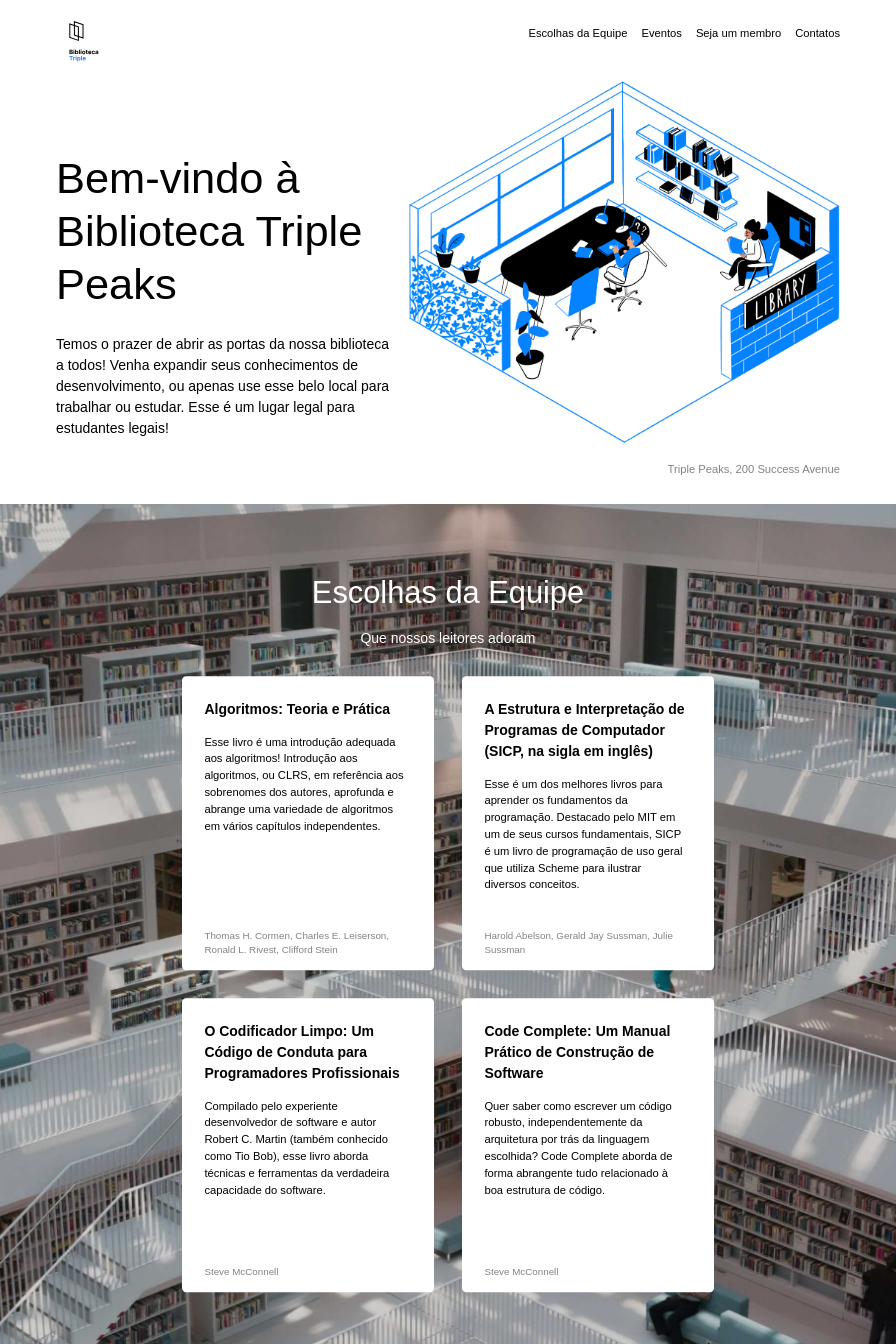
Repository: thainagomesc/web_project_library_pt
Page: index.html
An editor plug-in stored every save of this project. The page is shown before and after the next save, followed by the edit.
The browser window is 1280 px wide. The pictures show the part of the page from y = 0 to 1920 px (the page is 1986 px tall before and 2786 px after), at 70% of full size.

Above is the page before, as saved 2025-12-27 22:07:15.

### index.html
<!DOCTYPE html>
<html lang="pt">
  <head>
    <meta charset="UTF-8" />
    <meta name="viewport" content="width=device-width, initial-scale=1.0" />
    <title>Biblioteca Triple Peaks</title>
    <link rel="shortcut icon" href="favicon.ico" />
    <link rel="stylesheet" href="./vendor/normalize.css" />
    <link rel="stylesheet" href="./styles/style.css" />
  </head>

  <body>
    <div class="page">
      <header class="header">
        <nav class="nav">
          <img
            src="./images/logo.svg"
            alt="Logotipo da Biblioteca Triple Peaks"
            class="nav__logo"
          />

          <ul class="nav__links">
            <li><a class="nav__link" href="#staff">Escolhas da Equipe</a></li>
            <li><a class="nav__link" href="#">Eventos</a></li>
            <li><a class="nav__link" href="#">Seja um membro</a></li>
            <li><a class="nav__link" href="#">Contatos</a></li>
          </ul>
        </nav>

        <div class="header__content">
          <div>
            <h1 class="header__title">Bem-vindo à Biblioteca Triple Peaks</h1>
            <p class="header__description">
              Temos o prazer de abrir as portas da nossa biblioteca a todos! Venha expandir
              seus conhecimentos de desenvolvimento, ou apenas use esse belo local para trabalhar ou
              estudar. Esse é um lugar legal para estudantes legais!
            </p>
          </div>
          <img
            src="./images/inside_the_library.png"
            alt="Ilustração 'Dentro da biblioteca'"
            class="header__image"
          />
        </div>

        <div class="header__footer">
          <p class="header__address">Triple Peaks, 200 Success Avenue</p>
        </div>
      </header>

      <main class="content">
        <section class="staff" id="staff">
          <h2 class="staff__title">Escolhas da Equipe</h2>
          <p class="staff__subtitle">Que nossos leitores adoram</p>

          <div class="staff__cards">
            <ul class="staff__cards-list">
              <li class="card">
                <div class="card__content">
                  <h3 class="card__title">Algoritmos: Teoria e Prática</h3>
                  <p class="card__text">
                    Esse livro é uma introdução adequada aos algoritmos! Introdução aos algoritmos,
                    ou CLRS, em referência aos sobrenomes dos autores, aprofunda e abrange uma
                    variedade de algoritmos em vários capítulos independentes.
                  </p>
                  <p class="card__footer">
                    Thomas H. Cormen, Charles E. Leiserson, Ronald L. Rivest,
                    Clifford Stein
                  </p>
                </div>
              </li>

              <li class="card">
                <div class="card__content">
                  <h3 class="card__title">
                    A Estrutura e Interpretação de Programas de Computador (SICP, na sigla em inglês)
                  </h3>
                  <p class="card__text">
                    Esse é um dos melhores livros para aprender os fundamentos da programação.
                    Destacado pelo MIT em um de seus cursos fundamentais, SICP é um livro de
                    programação de uso geral que utiliza Scheme para ilustrar diversos conceitos.
                  </p>
                  <p class="card__footer">
                    Harold Abelson, Gerald Jay Sussman, Julie Sussman
                  </p>
                </div>
              </li>

              <li class="card">
                <div class="card__content">
                  <h3 class="card__title">
                    O Codificador Limpo: Um Código de Conduta para Programadores Profissionais
                  </h3>
                  <p class="card__text">
                    Compilado pelo experiente desenvolvedor de software e autor Robert C. Martin
                    (também conhecido como Tio Bob), esse livro aborda técnicas e ferramentas da
                    verdadeira capacidade do software.
                  </p>
                  <p class="card__footer">Steve McConnell</p>
                </div>
              </li>

              <li class="card">
                <div class="card__content">
                  <h3 class="card__title">
                    Code Complete: Um Manual Prático de Construção de Software
                  </h3>
                  <p class="card__text">
                    Quer saber como escrever um código robusto, independentemente da arquitetura
                    por trás da linguagem escolhida? Code Complete aborda de forma abrangente tudo
                    relacionado à boa estrutura de código.
                  </p>
                  <p class="card__footer">Steve McConnell</p>
                </div>
              </li>

            </ul>
          </div>
        </section>
      </main>
    </div>
  </body>
</html>

### styles/style.css
.page {
  min-width: 1100px;
  max-width: 1600px;
  margin: 0 auto;
  font-family: Arial, sans-serif;
  font-size: 16px;
  line-height: 20px;
}

.header {
  display: flex;
  flex-direction: column;
  height: 100vh;
  min-height: 720px;
  max-height: 800px;
  padding: 30px 80px 40px;
  position: relative;
  box-sizing: border-box;
}

.nav {
  display: flex;
  justify-content: space-between;
}

.nav__logo {
  width: 80px;
  height: 58px;
}

.nav__links {
  list-style-type: none;
  padding: 0;
  margin: 8px 0 0;
  display: flex;
  column-gap: 20px;
}

.nav__link {
  color: #000000;
  text-decoration: none;
}

.header__content {
  display: flex;
  justify-content: space-between;
}

.header__title {
  max-width: 635px;
  margin: 128px 0 32px;
  font-size: 62px;
  line-height: 76px;
  font-weight: 500;
}

.header__description {
  max-width: 515px;
  margin-top: 0;
  margin-bottom: 0;
  font-size: 20px;
  line-height: 30px;
}

.header__image {
  max-width: 636px;
}

.header__footer {
  margin-top: auto;
  width: 100%;
  display: flex;
  align-items: center;
  justify-content: flex-end;
  box-sizing: border-box;
}

.header__link {
  color: #2f80ed;
  text-decoration: none;
}

.header__address {
  margin: 0;
  color: #838383;
}

.staff {
  background-image: url("../images/staff_picks_background.jpg");
  background-position: center;
  background-size: cover;
  padding: 100px 0 140px;
}

.staff__title {
  text-align: center;
  font-size: 44px;
  line-height: 52px;
  font-weight: 400;
  margin: 0 0 24px;
  color: #ffffff;
}

.staff__subtitle {
  text-align: center;
  font-size: 20px;
  line-height: 30px;
  font-weight: 400;
  margin: 0;
  color: #ffffff;
}

.staff__cards {
  max-width: 760px;
  margin: 40px auto 0;
}

.staff__cards-list {
  padding: 0;
  margin: 0;
  list-style-type: none;
  display: flex;
  flex-wrap: wrap;
  justify-content: center;
  gap: 40px;
}

.card {
  background-color: #fff;
  border-radius: 6px;
  padding: 32px 40px 20px 32px;
  box-sizing: border-box;
  height: 420px;
  width: 360px;
  list-style-type: none;
}

.card__content {
  width: 100%;
  height: 100%;
  display: flex;
  flex-direction: column;
}

.card__title {
  font-size: 20px;
  line-height: 30px;
  font-weight: 700;
  margin: 0;
}

.card__text {
  margin: 20px 0 0;
  font-size: 16px;
  line-height: 24px;
}

.card__footer {
  margin: 0;
  font-size: 14px;
  line-height: 20px;
  color: #838383;
  margin-top: auto;
}

Loaded but not shown: vendor/normalize.css (library)

After the next save:
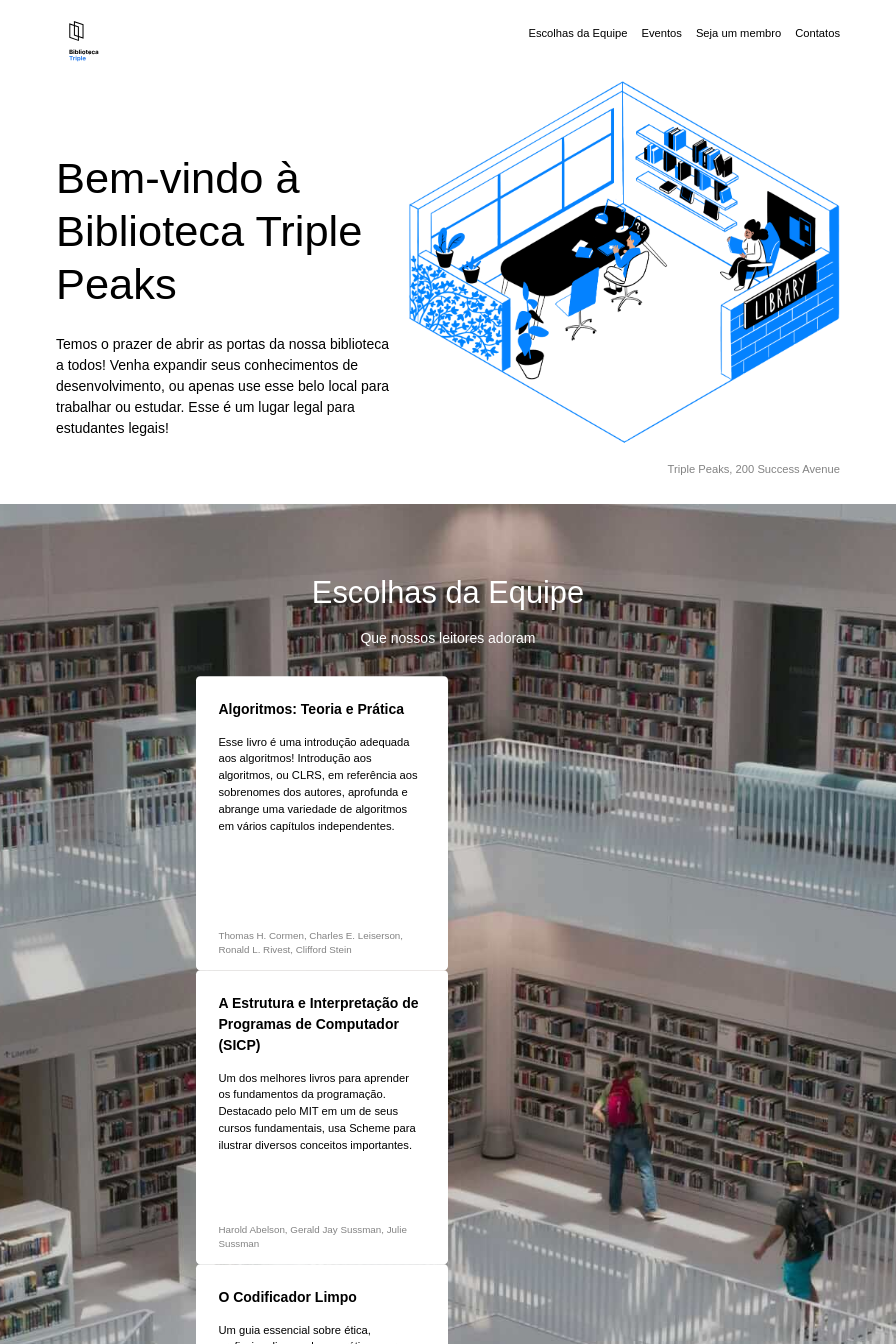
Saved 2 h 22 min later.
--- a/index.html
+++ b/index.html
@@ -32,8 +32,8 @@
             <h1 class="header__title">Bem-vindo à Biblioteca Triple Peaks</h1>
             <p class="header__description">
               Temos o prazer de abrir as portas da nossa biblioteca a todos! Venha expandir
-              seus conhecimentos de desenvolvimento, ou apenas use esse belo local para trabalhar ou
-              estudar. Esse é um lugar legal para estudantes legais!
+              seus conhecimentos de desenvolvimento, ou apenas use esse belo local para trabalhar
+              ou estudar. Esse é um lugar legal para estudantes legais!
             </p>
           </div>
           <img
@@ -53,69 +53,66 @@
           <h2 class="staff__title">Escolhas da Equipe</h2>
           <p class="staff__subtitle">Que nossos leitores adoram</p>
 
-          <div class="staff__cards">
-            <ul class="staff__cards-list">
-              <li class="card">
-                <div class="card__content">
-                  <h3 class="card__title">Algoritmos: Teoria e Prática</h3>
-                  <p class="card__text">
-                    Esse livro é uma introdução adequada aos algoritmos! Introdução aos algoritmos,
-                    ou CLRS, em referência aos sobrenomes dos autores, aprofunda e abrange uma
-                    variedade de algoritmos em vários capítulos independentes.
-                  </p>
-                  <p class="card__footer">
-                    Thomas H. Cormen, Charles E. Leiserson, Ronald L. Rivest,
-                    Clifford Stein
-                  </p>
-                </div>
-              </li>
+          <!-- LISTA ÚNICA DE CARTÕES -->
+          <ul class="staff__cards">
 
-              <li class="card">
-                <div class="card__content">
-                  <h3 class="card__title">
-                    A Estrutura e Interpretação de Programas de Computador (SICP, na sigla em inglês)
-                  </h3>
-                  <p class="card__text">
-                    Esse é um dos melhores livros para aprender os fundamentos da programação.
-                    Destacado pelo MIT em um de seus cursos fundamentais, SICP é um livro de
-                    programação de uso geral que utiliza Scheme para ilustrar diversos conceitos.
-                  </p>
-                  <p class="card__footer">
-                    Harold Abelson, Gerald Jay Sussman, Julie Sussman
-                  </p>
-                </div>
-              </li>
+            <li class="card">
+              <div class="card__content">
+                <h3 class="card__title">Algoritmos: Teoria e Prática</h3>
+                <p class="card__text">
+                  Esse livro é uma introdução adequada aos algoritmos! Introdução aos algoritmos,
+                  ou CLRS, em referência aos sobrenomes dos autores, aprofunda e abrange uma
+                  variedade de algoritmos em vários capítulos independentes.
+                </p>
+                <p class="card__footer">
+                  Thomas H. Cormen, Charles E. Leiserson, Ronald L. Rivest, Clifford Stein
+                </p>
+              </div>
+            </li>
 
-              <li class="card">
-                <div class="card__content">
-                  <h3 class="card__title">
-                    O Codificador Limpo: Um Código de Conduta para Programadores Profissionais
-                  </h3>
-                  <p class="card__text">
-                    Compilado pelo experiente desenvolvedor de software e autor Robert C. Martin
-                    (também conhecido como Tio Bob), esse livro aborda técnicas e ferramentas da
-                    verdadeira capacidade do software.
-                  </p>
-                  <p class="card__footer">Steve McConnell</p>
-                </div>
-              </li>
+            <li class="card">
+              <div class="card__content">
+                <h3 class="card__title">
+                  A Estrutura e Interpretação de Programas de Computador (SICP)
+                </h3>
+                <p class="card__text">
+                  Um dos melhores livros para aprender os fundamentos da programação. Destacado
+                  pelo MIT em um de seus cursos fundamentais, usa Scheme para ilustrar diversos
+                  conceitos importantes.
+                </p>
+                <p class="card__footer">
+                  Harold Abelson, Gerald Jay Sussman, Julie Sussman
+                </p>
+              </div>
+            </li>
 
-              <li class="card">
-                <div class="card__content">
-                  <h3 class="card__title">
-                    Code Complete: Um Manual Prático de Construção de Software
-                  </h3>
-                  <p class="card__text">
-                    Quer saber como escrever um código robusto, independentemente da arquitetura
-                    por trás da linguagem escolhida? Code Complete aborda de forma abrangente tudo
-                    relacionado à boa estrutura de código.
-                  </p>
-                  <p class="card__footer">Steve McConnell</p>
-                </div>
-              </li>
+            <li class="card">
+              <div class="card__content">
+                <h3 class="card__title">
+                  O Codificador Limpo
+                </h3>
+                <p class="card__text">
+                  Um guia essencial sobre ética, profissionalismo e boas práticas para programadores,
+                  compilado pelo renomado Robert C. Martin (Tio Bob).
+                </p>
+                <p class="card__footer">Robert C. Martin</p>
+              </div>
+            </li>
 
-            </ul>
-          </div>
+            <li class="card">
+              <div class="card__content">
+                <h3 class="card__title">
+                  Code Complete: Um Manual Prático de Construção de Software
+                </h3>
+                <p class="card__text">
+                  Um dos livros mais completos sobre como escrever código robusto, organizado e
+                  profissional, independente da linguagem utilizada.
+                </p>
+                <p class="card__footer">Steve McConnell</p>
+              </div>
+            </li>
+
+          </ul>
         </section>
       </main>
     </div>

After the save that followed:
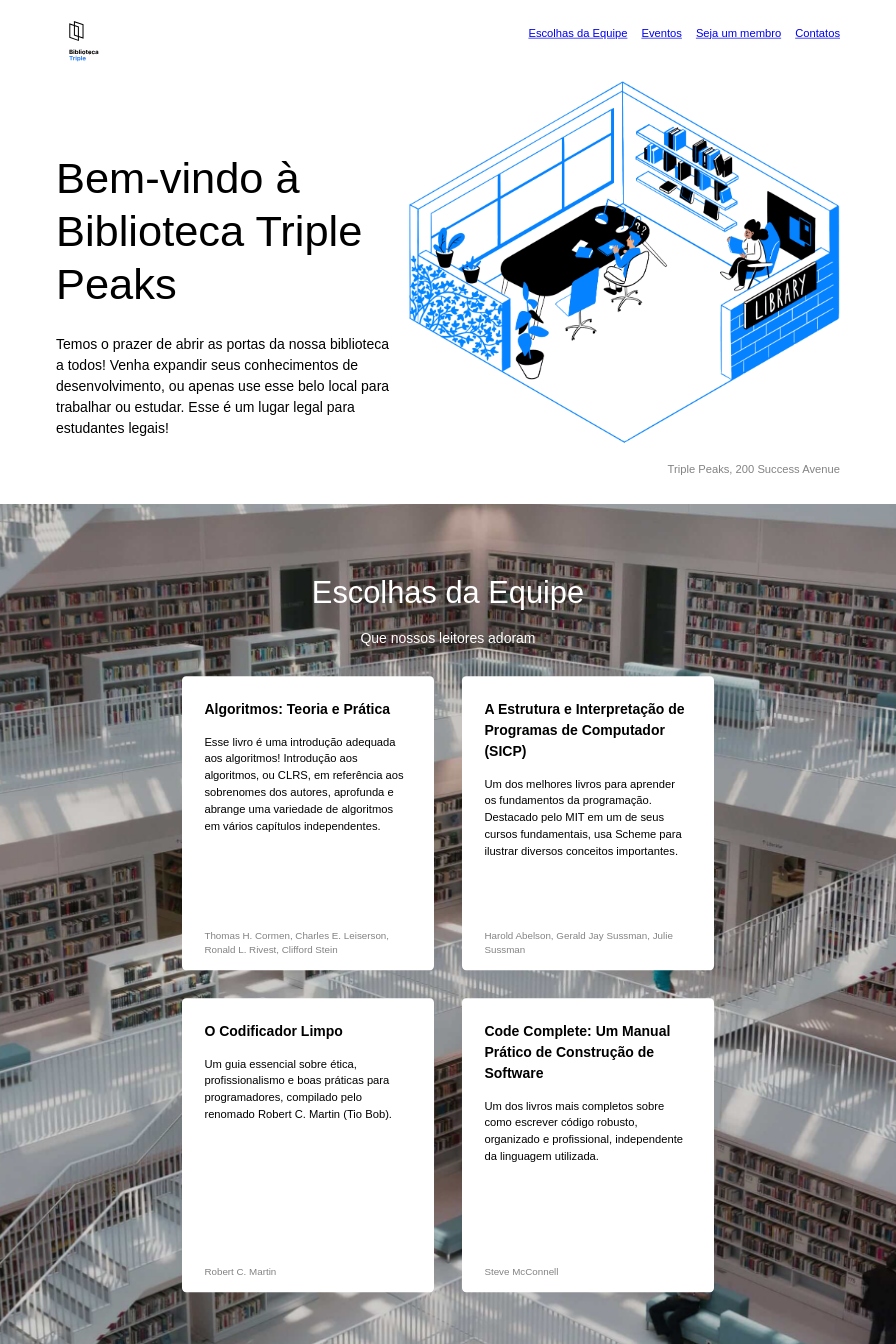
Saved 14 s later.
--- a/styles/style.css
+++ b/styles/style.css
@@ -36,11 +36,6 @@
   column-gap: 20px;
 }
 
-.nav__link {
-  color: #000000;
-  text-decoration: none;
-}
-
 .header__content {
   display: flex;
   justify-content: space-between;
@@ -56,8 +51,7 @@
 
 .header__description {
   max-width: 515px;
-  margin-top: 0;
-  margin-bottom: 0;
+  margin: 0;
   font-size: 20px;
   line-height: 30px;
 }
@@ -75,15 +69,12 @@
   box-sizing: border-box;
 }
 
-.header__link {
-  color: #2f80ed;
-  text-decoration: none;
-}
-
 .header__address {
   margin: 0;
   color: #838383;
 }
+
+/* STAFF SECTION */
 
 .staff {
   background-image: url("../images/staff_picks_background.jpg");
@@ -113,11 +104,7 @@
 .staff__cards {
   max-width: 760px;
   margin: 40px auto 0;
-}
-
-.staff__cards-list {
   padding: 0;
-  margin: 0;
   list-style-type: none;
   display: flex;
   flex-wrap: wrap;
@@ -132,7 +119,6 @@
   box-sizing: border-box;
   height: 420px;
   width: 360px;
-  list-style-type: none;
 }
 
 .card__content {
